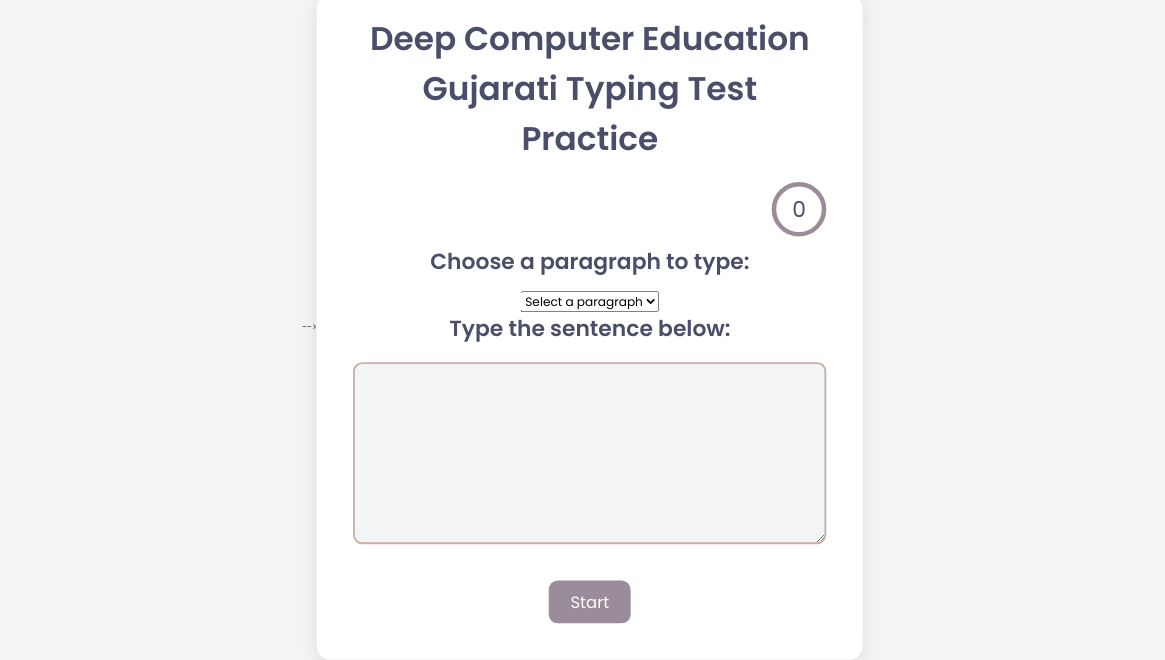
Repository: ssj27072002/Gujarati-typing-test
Page: typingGame/index.html
The author's editor kept a copy of each file at every save. The page is drawn from the files as they stood at one save, then again after a run of saves.
The browser window is 1280 px wide. The pictures show the whole page, at 91% of full size.

Above is the page before, as saved 2024-06-12 12:16:18.

After the next 2 saves:
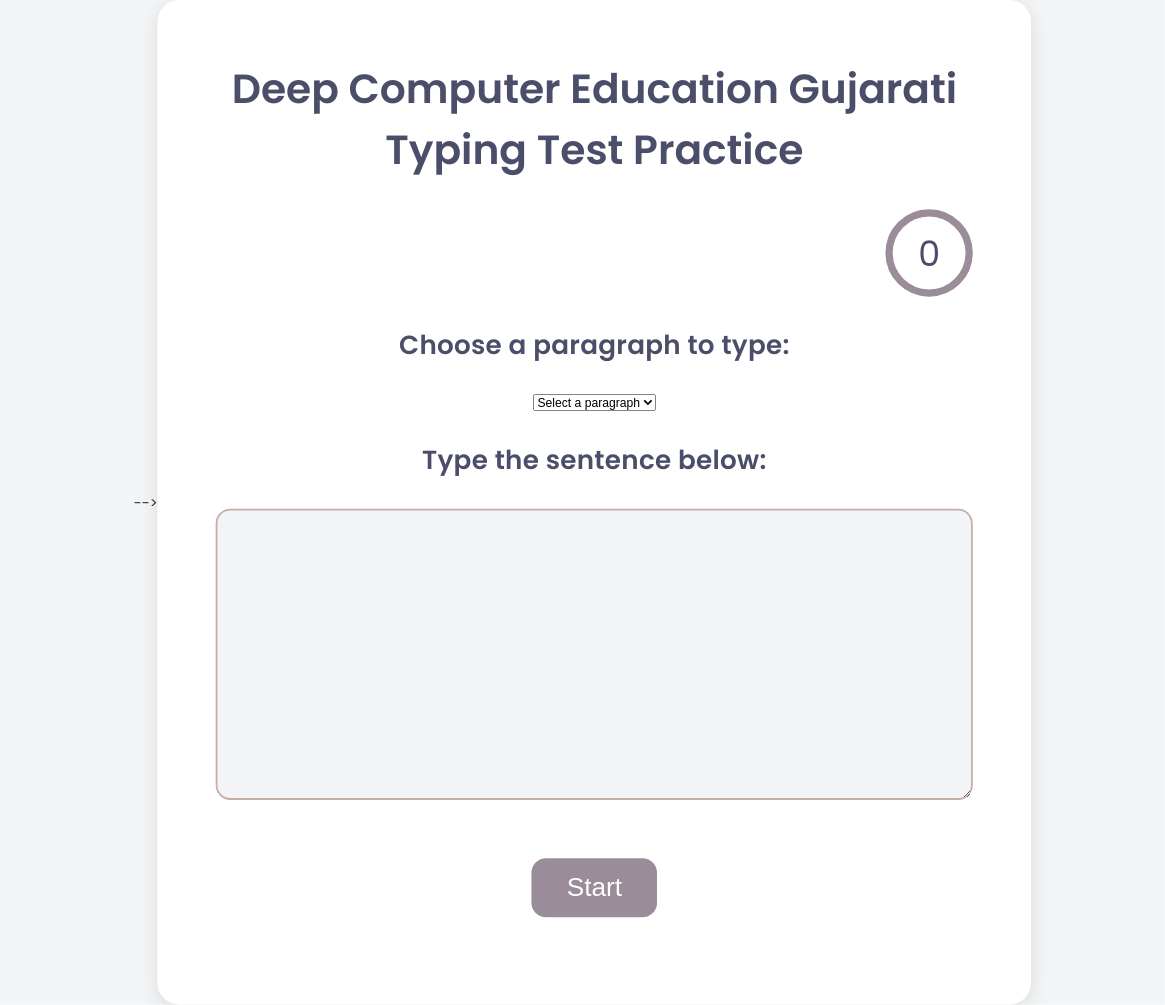
The 2 saves are shown as one change because they came seconds apart.
The last was saved 31 min 28 s later.
--- a/typingGame/css/style.css
+++ b/typingGame/css/style.css
@@ -194,7 +194,7 @@
 
 
 
-@import url('https://fonts.googleapis.com/css2?family=Josefin+Sans:wght@400;600;700&family=Lexend+Deca:wght@100;200;300;400;500;600;700&family=Poppins:wght@300;400;600&display=swap');
+/* @import url('https://fonts.googleapis.com/css2?family=Josefin+Sans:wght@400;600;700&family=Lexend+Deca:wght@100;200;300;400;500;600;700&family=Poppins:wght@300;400;600&display=swap');
 
 * {
     margin: 0;
@@ -307,3 +307,117 @@
     color: #4a4e69;
     background: #fff;
 }
+ */
+
+
+
+ @import url('https://fonts.googleapis.com/css2?family=Josefin+Sans:wght@400;600;700&family=Lexend+Deca:wght@100;200;300;400;500;600;700&family=Poppins:wght@300;400;600&display=swap');
+
+/* Reset */
+* {
+    margin: 0;
+    padding: 0;
+    box-sizing: border-box;
+}
+
+/* Typography */
+html {
+    font-size: 16px; /* Base font size */
+}
+
+body {
+    min-height: 100vh;
+    display: flex;
+    justify-content: center;
+    align-items: center;
+    font-family: 'Poppins', sans-serif;
+    background-color: #f3f4f6;
+    color: #333;
+}
+
+/* Typing section */
+.typing-section {
+    text-align: center;
+    background-color: #fff;
+    border-radius: 1.5rem;
+    box-shadow: 0 4px 20px rgba(0, 0, 0, 0.1);
+    padding: 4rem;
+    max-width: 60rem;
+    width: 90%;
+}
+
+.typing-section h1 {
+    font-size: 2.8rem;
+    color: #4a4e69;
+    margin-bottom: 2rem;
+    font-weight: 700;
+}
+
+/* Text area */
+#textarea {
+    border: 2px solid #c9ada7;
+    border-radius: 1rem;
+    width: 100%;
+    height: 20rem;
+    padding: 1rem 2rem;
+    font-size: 1.6rem;
+    color: #333;
+    background-color: #f3f4f6;
+    outline: none;
+    transition: border-color 0.3s ease;
+    margin-bottom: 2rem;
+}
+
+#textarea:focus {
+    border-color: #9a8c98;
+}
+
+/* Button */
+#btn {
+    display: inline-block;
+    padding: 1rem 2.4rem;
+    border: none;
+    border-radius: 1rem;
+    background-color: #9a8c98;
+    color: #fff;
+    font-size: 1.8rem;
+    margin-top: 2rem;
+    cursor: pointer;
+    transition: background-color 0.3s ease;
+}
+
+#btn:hover {
+    background-color: #6d6875;
+}
+
+/* Secondary text */
+h2, #showSentence, #score {
+    font-size: 1.8rem;
+    margin: 2rem 0;
+    letter-spacing: 0.02rem;
+    color: #4a4e69;
+}
+
+/* Timer */
+.timer-div {
+    width: 100%;
+    text-align: right;
+    display: flex;
+    justify-content: flex-end;
+    margin-bottom: 1rem;
+}
+
+#show-time {
+    font-size: 2.4rem;
+    padding: 1.5rem;
+    text-align: center;
+    width: 6rem;
+    height: 6rem;
+    display: flex;
+    justify-content: center;
+    align-items: center;
+    border-radius: 50%;
+    border: 0.5rem solid #9a8c98;
+    color: #4a4e69;
+    background-color: #fff;
+}
